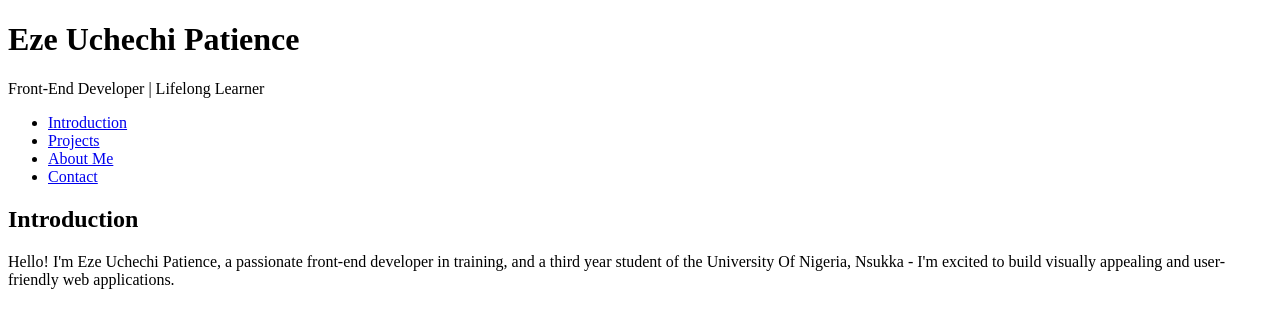
Repository: Patience225/My_First_Portfolio
Page: Portfolio/index.html
An editor plug-in stored every save of this project. The page is shown before and after a run of saves, followed by the edit.
The browser window is 1280 px wide. The pictures show the whole page.

Above is the page before, as saved 2024-12-16 13:09:04.

### Portfolio/index.html
<!DOCTYPE html>
<html lang="en">
<head>
    <meta charset="utf-8">
    <title>Eze Uchechi Patience - Personal Portfolio</title>
</head>
<body>
    <header>
        <h1>Eze Uchechi Patience</h1>
        <p>Front-End Developer | Lifelong Learner</p>
    </header>
    <nav>
      <ul>
        <li><a href="#introduction">Introduction</a></li>
        <li><a href="#projects">Projects</a></li>
        <li><a href="#about">About Me</a></li>
        <li><a href="#contact">Contact</a></li>
    </ul>
    </nav>
    <section id="introduction">
      <h2>Introduction</h2>
    <p>Hello! I'm Eze Uchechi Patience, a passionate front-end developer in training, and a third year student of the University Of Nigeria, Nsukka - I'm excited to build visually appealing and user-friendly web applications.</p>
    </section>
    <section id="projects"></section>
    <section id="about"></section>
    <section id="contact"></section>
    <footer>

    </footer>
</body>
</html>

After the next 2 saves:
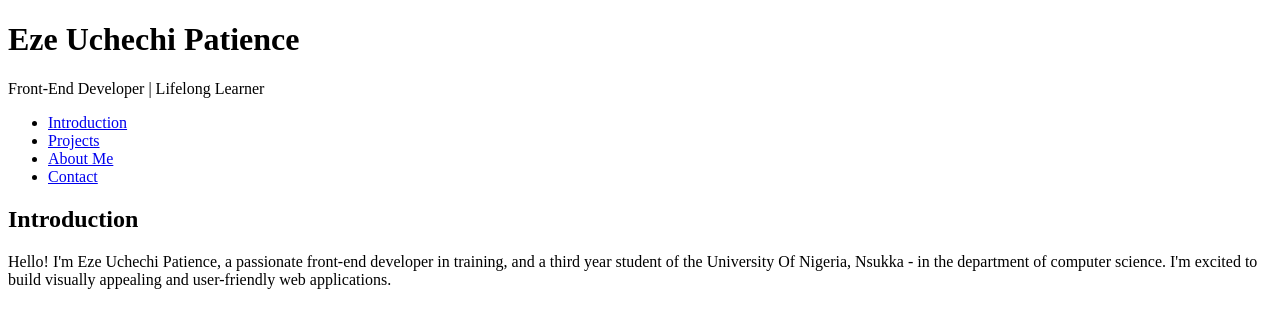
The 2 saves are shown as one change because they came seconds apart.
The last was saved 15 s later.
--- a/Portfolio/index.html
+++ b/Portfolio/index.html
@@ -19,7 +19,7 @@
     </nav>
     <section id="introduction">
       <h2>Introduction</h2>
-    <p>Hello! I'm Eze Uchechi Patience, a passionate front-end developer in training, and a third year student of the University Of Nigeria, Nsukka - I'm excited to build visually appealing and user-friendly web applications.</p>
+    <p>Hello! I'm Eze Uchechi Patience, a passionate front-end developer in training, and a third year student of the University Of Nigeria, Nsukka - in the department of computer science. I'm excited to build visually appealing and user-friendly web applications.</p>
     </section>
     <section id="projects"></section>
     <section id="about"></section>
